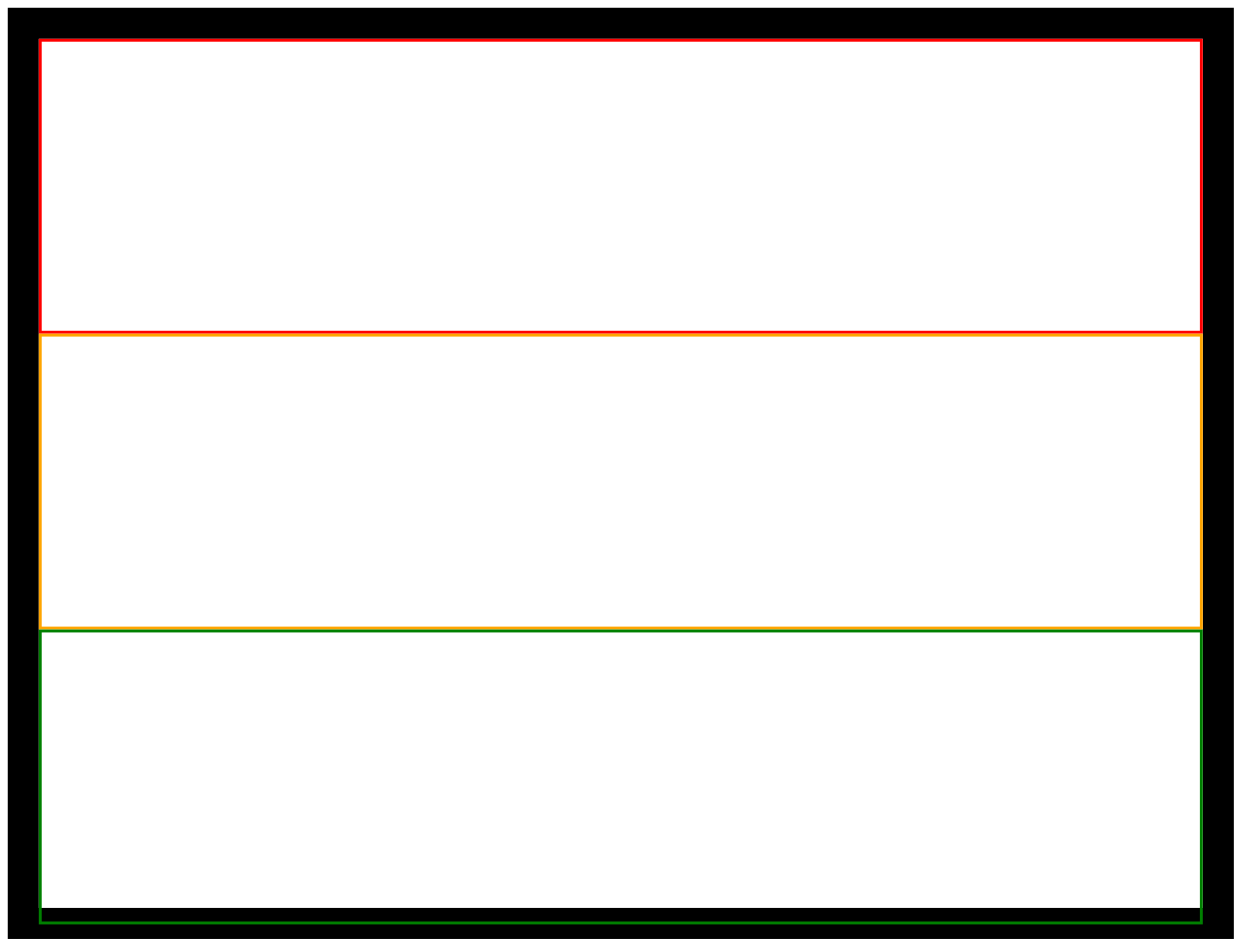
Repository: Tsardines/mondrian
Page: index.html
The author's editor kept a copy of each file at every save. The page is drawn from the files as they stood at one save, then again after the next save.
The browser window is 1280 px wide. The pictures show the whole page, at 97% of full size.
Some web fonts or font styles are not loaded; a fallback is used.

Above is the page before, as saved 2019-10-20 16:03:33.

### index.html
<!DOCTYPE html>
<html>
  <head>
    <meta charset="UTF-8">
  <meta http-equiv="X-UA-Compatible" content="IE=edge,chrome=1">
  <meta name="viewport" content="width=device-width,initial-scale=1">
    <title>title</title>
  <meta name="author" content="name">
  <meta name="description" content="description here">
  <meta name="keywords" content="keywords,here">
  <link rel="stylesheet" href="//fonts.googleapis.com/css?family=font1|font2|etc" type="text/css">
  <link rel="stylesheet" href="styles.css" type="text/css">
  </head>
  <body>

    <div id="canvas">
        <div class="grid__top">



        </div>
        <div class="grid__middle">



        </div>
        <div class="grid__bottom">



        </div>
    </div>

  </body>
</html>

### styles.css
#canvas {
    border: 2rem solid black;
    /* display: block; */
    height: 56rem;
}

.grid__top {
    border: 3px solid red;
    height: 33.3%;
}

.grid__middle {
    border: 3px solid orange;
    height: 33.3%;
}

.grid__bottom {
    border: 3px solid green;
    height: 33.3%;
}

After the next save:
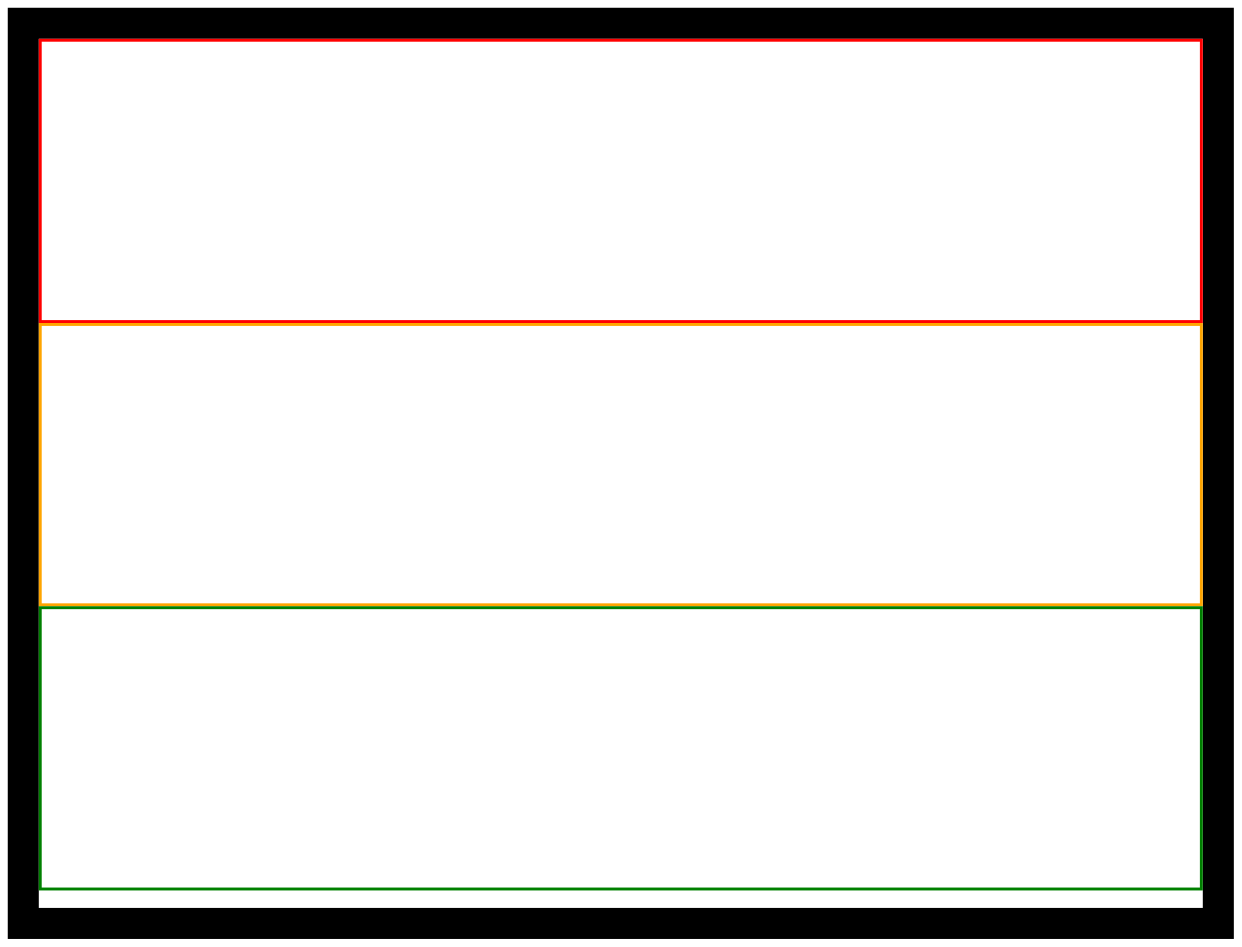
Saved 9 s later.
--- a/styles.css
+++ b/styles.css
@@ -6,15 +6,15 @@
 
 .grid__top {
     border: 3px solid red;
-    height: 33.3%;
+    height: 32%;
 }
 
 .grid__middle {
     border: 3px solid orange;
-    height: 33.3%;
+    height: 32%;
 }
 
 .grid__bottom {
     border: 3px solid green;
-    height: 33.3%;
+    height: 32%;
 }
